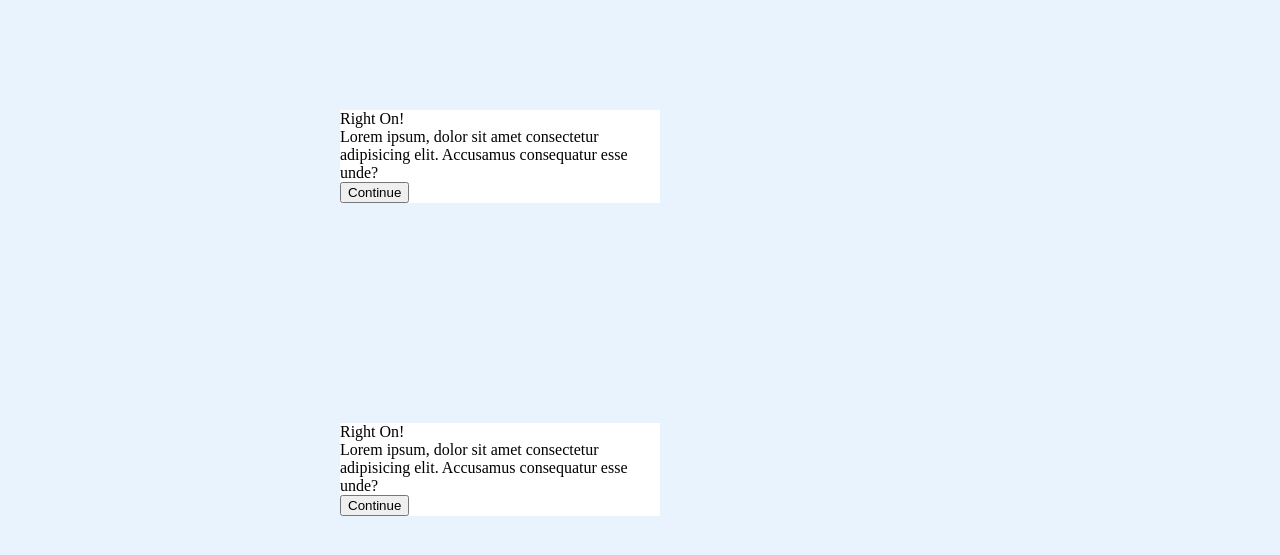
Repository: giahuy405/flash_message_BEM
Page: index.html
The author's editor kept a copy of each file at every save. The page is drawn from the files as they stood at one save, then again after the next save.
The browser window is 1280 px wide. The pictures show the whole page.

Above is the page before, as saved 2022-09-06 02:08:42.

### index.html
<!DOCTYPE html>
<html lang="en">
<head>
    <meta charset="UTF-8">
    <meta http-equiv="X-UA-Compatible" content="IE=edge">
    <meta name="viewport" content="width=device-width, initial-scale=1.0">
    <title>Document</title>
    <link rel="stylesheet" href="css/index.css">
</head>
<body>
        <!--
        code về phần flash message và áp dụng BEM Block Element Modifier
        Ví dụ :
        Laptop là Block ( 1 khối lớn )

        Thì các Element ( thành phần ) sẽ là : keyboard, mouse, screen, touch-pad
        Block Element : Laptop__keyboard, Laptop__mouse....

        Modifer ( biến thể khác ) sẽ là : loại của chúng như to, nhỏ, hãng,...
        Block Modifier : Laptop--big, Laptop--small,
        Block Element Modifier : Laptop__keyboard--apple , Laptop__touch-pad--smooth,...
    -->
        <!-- Block: flash message
        Element: img, title, desc (description), button
        Modifier: primary, secondary

        Block 1 & block 2
        flash-message
        flash-message__img, flash-message__title, flash-message__desc, flash-message__button

        Block 1: flash-message__title--primary -->


        <div class="container">
            <div class="flash-message">
                <div class="flash-message__img">

                </div>
                <div class="flash-message__title">
                    Right On!
                </div>
                <div class="flash-message__desc">
                    Lorem ipsum, dolor sit amet consectetur adipisicing elit. Accusamus consequatur esse unde?
                </div>
                <button class="flash-message__button">Continue</button>
            </div>
            <div class="flash-message">
                <div class="flash-message__img">

                </div>
                <div class="flash-message__title">
                    Right On!
                </div>
                <div class="flash-message__desc">
                    Lorem ipsum, dolor sit amet consectetur adipisicing elit. Accusamus consequatur esse unde?
                </div>
                <button class="flash-message__button">Continue</button>
            </div>
             <div class="clear"></div>
        </div>

</body>
</html>

### css/index.css
*{
    box-sizing: border-box;
}
body{
    padding: 0;
    margin: 0;
    background-color: #e8f3fe;
}
.clear{
    clear: both;
}
.container{
    width: 50%;
    margin: 0 auto;
}
.flash-message{
    float: left;
    width: 50%;
    background-color: white;
    margin: 110px 20px;
}

After the next save:
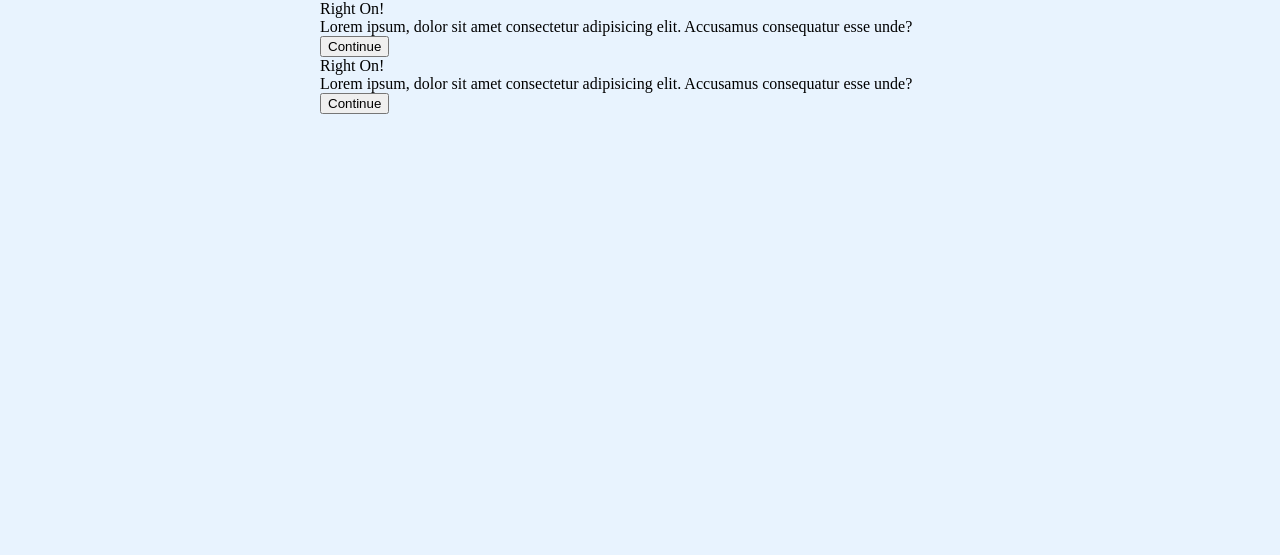
Saved 28 s later.
--- a/index.html
+++ b/index.html
@@ -32,7 +32,7 @@
 
 
         <div class="container">
-            <div class="flash-message">
+            <div class="flash-message-1">
                 <div class="flash-message__img">
 
                 </div>
@@ -44,7 +44,7 @@
                 </div>
                 <button class="flash-message__button">Continue</button>
             </div>
-            <div class="flash-message">
+            <div class="flash-message-2">
                 <div class="flash-message__img">
 
                 </div>

After the save that followed:
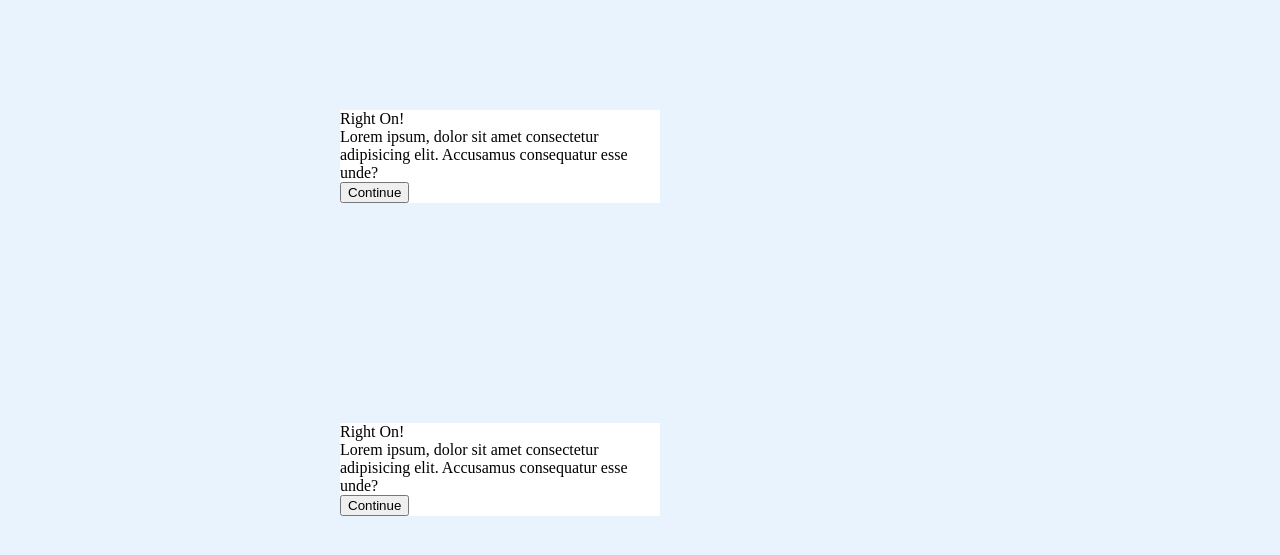
Saved 9 s later.
--- a/css/index.css
+++ b/css/index.css
@@ -13,7 +13,7 @@
     width: 50%;
     margin: 0 auto;
 }
-.flash-message{
+.flash-message-1,.flash-message-2{
     float: left;
     width: 50%;
     background-color: white;
